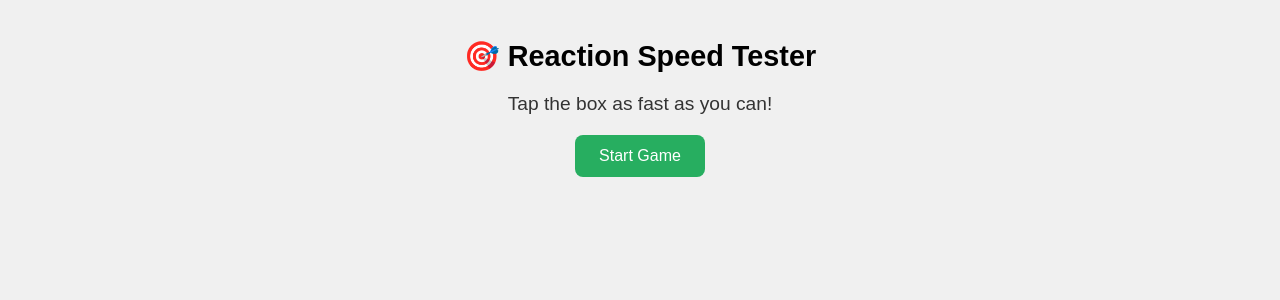
Repository: alokanand524/anand-portfolio
Page: games/emoji-memory/index.html
The author's editor kept a copy of each file at every save. The page is drawn from the files as they stood at one save, then again after the next save.
The browser window is 1280 px wide. The pictures show the whole page.

Above is the page before, as saved 2025-07-31 14:40:28.

After the next save:
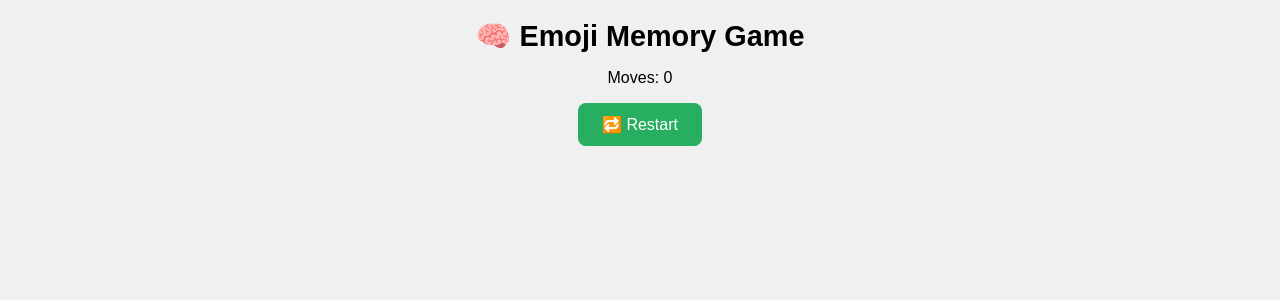
Saved 85 s later.
--- a/games/emoji-memory/index.html
+++ b/games/emoji-memory/index.html
@@ -2,22 +2,18 @@
 <html lang="en">
 <head>
   <meta charset="UTF-8">
-  <meta name="viewport" content="width=device-width, initial-scale=1.0">
-  <title>Reaction Speed Tester</title>
+  <meta name="viewport" content="width=device-width, initial-scale=1">
+  <title>Emoji Memory Game</title>
   <link rel="stylesheet" href="style.css">
   <script src="https://code.jquery.com/jquery-3.6.0.min.js"></script>
 </head>
 <body>
-
-  <div class="container">
-    <h1>🎯 Reaction Speed Tester</h1>
-    <div id="game-box"></div>
-    <div id="message">Tap the box as fast as you can!</div>
-    <ul id="results"></ul>
-    <button id="start-btn">Start Game</button>
-    <button id="restart-btn" style="display: none;">Restart</button>
+  <div class="game-container">
+    <h1>🧠 Emoji Memory Game</h1>
+    <p>Moves: <span id="move-counter">0</span></p>
+    <div id="game-board"></div>
+    <button id="restart-btn">🔁 Restart</button>
   </div>
-
   <script src="script.js"></script>
 </body>
 </html>
